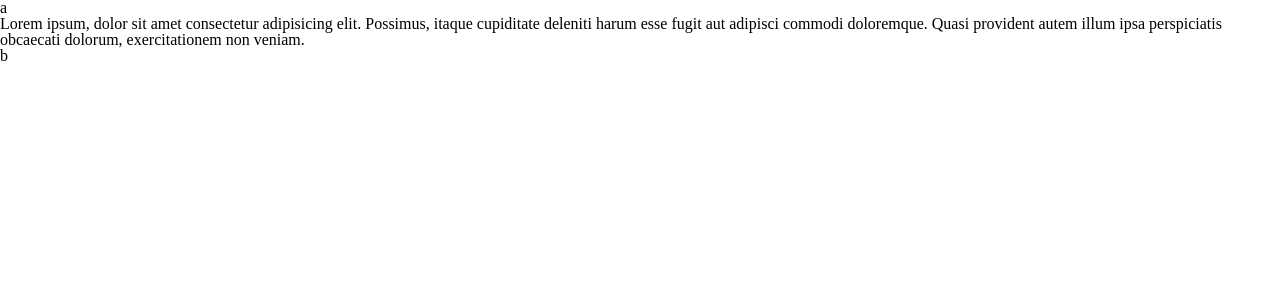
Repository: Giangattt123/HTML-CSS
Page: CSS/Flexbox/index.html
The author's editor kept a copy of each file at every save. The page is drawn from the files as they stood at one save, then again after the next save.
The browser window is 1280 px wide. The pictures show the whole page.

Above is the page before, as saved 2023-04-26 10:40:28.

### CSS/Flexbox/index.html
<!DOCTYPE html>
<html lang="en">
  <head>
    <meta charset="UTF-8" />
    <meta http-equiv="X-UA-Compatible" content="IE=edge" />
    <meta name="viewport" content="width=device-width, initial-scale=1.0" />
    <title>Flexbox</title>
    <link rel="stylesheet" href="style.css" />
    <link rel="stylesheet" href="reset.css" />
  </head>
  <body>
    <ul class="list">
      <li class="list-item">a</li>
      <li class="list-item">
        Lorem ipsum, dolor sit amet consectetur adipisicing elit. Possimus,
        itaque cupiditate deleniti harum esse fugit aut adipisci commodi
        doloremque. Quasi provident autem illum ipsa perspiciatis obcaecati
        dolorum, exercitationem non veniam.
      </li>
      <li class="list-item">b</li>
    </ul>
  </body>
</html>

### CSS/Flexbox/style.css
*,
*:before *:after {
  box-sizing: border-box;
}
html {
  font-size: 62.5%;
}
body {
  font-family: "Poppins", sans-serif;
  font-size: 1.6rem;
  font-weight: normal;
}
img {
  display: block;
  max-width: 100%;
}
input,
textarea,
select,
button {
  outline: none;
}
input {
  line-height: normal;
}
label,
button {
  cursor: pointer;
}
a {
  text-decoration: none;
}

Loaded but not shown: CSS/Flexbox/reset.css (common file)

After the next save:
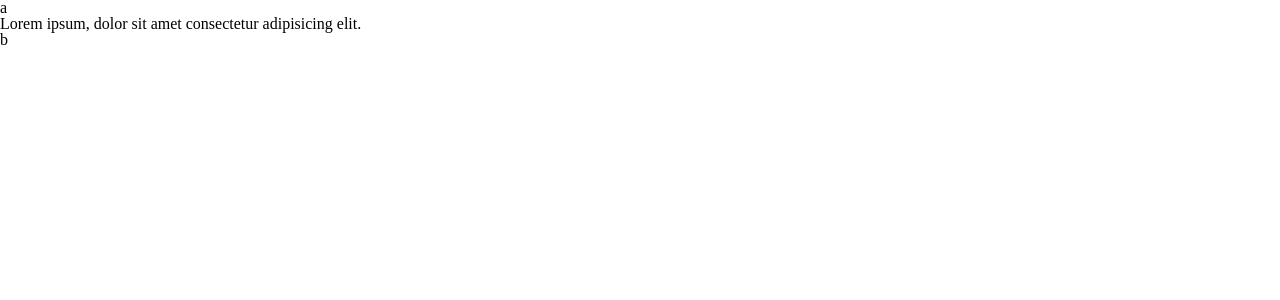
Saved 10 s later.
--- a/CSS/Flexbox/index.html
+++ b/CSS/Flexbox/index.html
@@ -12,10 +12,7 @@
     <ul class="list">
       <li class="list-item">a</li>
       <li class="list-item">
-        Lorem ipsum, dolor sit amet consectetur adipisicing elit. Possimus,
-        itaque cupiditate deleniti harum esse fugit aut adipisci commodi
-        doloremque. Quasi provident autem illum ipsa perspiciatis obcaecati
-        dolorum, exercitationem non veniam.
+        Lorem ipsum, dolor sit amet consectetur adipisicing elit.
       </li>
       <li class="list-item">b</li>
     </ul>
